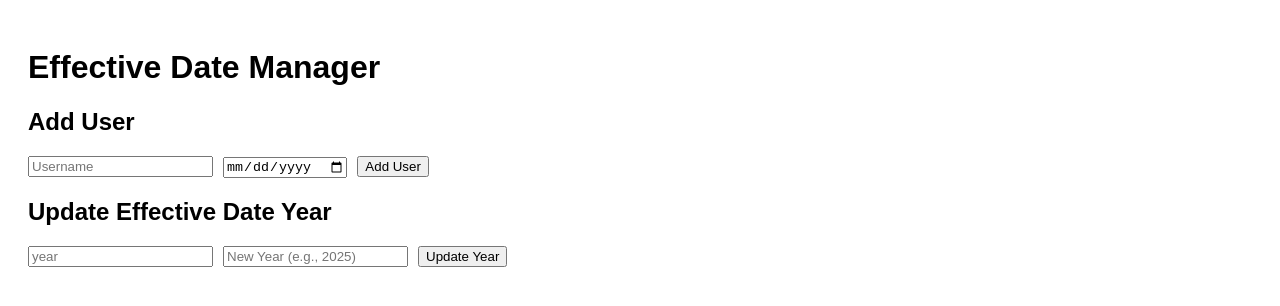
Repository: pripriya09/update-matchYear-Database
Page: / (app in frontend/)
An editor plug-in stored every save of this project. The page is shown before and after the next save, followed by the edit.
The browser window is 1280 px wide. The pictures show the whole page.
The project was rebuilt for these pictures with package versions that can differ from the ones it lists, and the page was loaded fresh each time. Also part of the build but not shown: frontend/vite.config.js.

Above is the page before, as saved 2024-12-19 12:44:57.

After the next save:
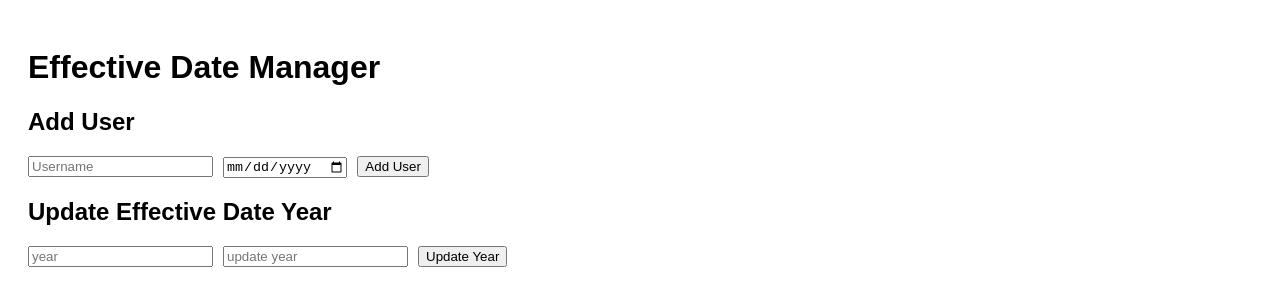
Saved 11 s later.
--- a/frontend/src/App.jsx
+++ b/frontend/src/App.jsx
@@ -100,7 +100,7 @@ const App = () => {
         />
         <input
           type="text"
-          placeholder="New Year (e.g., 2025)"
+          placeholder="update year"
           value={newYear}
           onChange={(e) => setNewYear(e.target.value)}
           style={{ marginRight: "10px" }}
